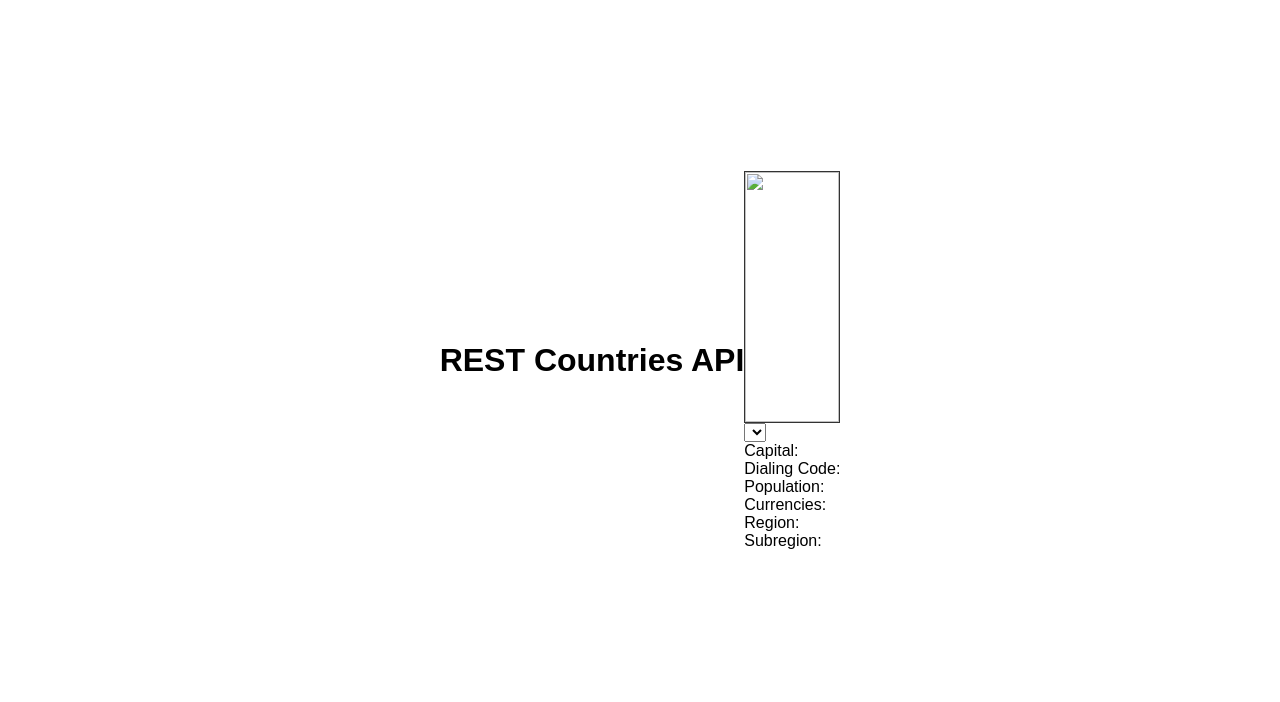
Repository: KhoaTran204/Rest-countries-api-app
Page: index.html
These files come from the project's save history. The page is drawn as it stood at one moment and after the next save; the edit follows.
The browser window is 1280 px wide. The pictures show the whole page.
The page's requests for data from a server got no answer.

Above is the page before, as saved 2024-04-14 08:30:25.

### index.html
<!DOCTYPE html>
<html lang="en">
  <head>
    <meta charset="UTF-8" />
    <meta name="viewport" content="width=device-width, initial-scale=1.0" />
    <link rel="stylesheet" href="style.css" />
    <title>Rest Countries API</title>
  </head>
  <body>
    <h1>REST Countries API</h1>
    <div id="main-container">
      <div id="flag-container">
        <img src="" alt="" />
      </div>
      <div id="info-container">
        <select id="countries"></select>
        <p>Capital: <span id="capital"></span></p>
        <p>Dialing Code: <span id="dialing-code"></span></p>
        <p>Population: <span id="population"></span></p>
        <p>Currencies: <span id="currencies"></span></p>
        <p>Region: <span id="region"></span></p>
        <p>Subregion: <span id="subregion"></span></p>
      </div>
    </div>
    <script src="app.js"></script>
  </body>
</html>

### style.css
* {
  margin: 0;
  padding: 0;
  box-sizing: border-box;
}

body {
  font-family: sans-serif;
  height: 100vh;
  display: flex;
  justify-content: center;
  align-items: center;
  /* background-color: to top, rgba(0, 0, 0, 0.7), rgba(0, 0, 0, 0.1); */
  background: linear-gradient(
    to top rgba(0, 0, 0, 0.7),
    rgba(0, 0, 0, 0.1) /* url(anh/bando.jpg) no-repeat center/cover */
  );
}

#flag-container {
  height: 252px;
  background-color: #fff;
  border: 1px solid #333;
}

#flag-container img {
  display: block;
  width: 100%;
  height: 100%;
}

### app.js
const countrieslist = document.getElementById("countries");
let countries;

countrieslist.addEventListener("change", (event) =>
  displayCountryInfo(event.target.value)
);

// fetch("https://restcountries.com/v2/all")
//   .then(function (res) {
//     console.log(res);
//     return res.json();
//   })
//   .then(function (data) {
//     console.log(data);
//     initialize(data);
//   })
//   .catch(function (err) {
//     console.log("Lỗi: ", err);
//   });
fetch("https://restcountries.com/v2/all").then((res) => {
  res
    .json()
    .then((data) => initialize(data))
    .catch((err) => console.log("Lỗi: ", err));
});
function initialize(countriesData) {
  countries = countriesData;
  let options = "";
  //   for (let i = 0; i < countries.length; i++) {
  //     options += `<option value="${countries[i].alpha3Code}">${countries[i].name}</option>`;
  //   }
  countries.forEach(
    (country) =>
      (options += `<option value="${country.alpha3Code}">${country.name}</option>`)
  );
  //   document.getElementById("countries").innerHTML = options;
  //   document.querySelector("countries").innerHTML = options;
  countrieslist.innerHTML = options;
  countrieslist.selectedIndex = Math.floor(
    Math.random() * countrieslist.length
  );
  displayCountryInfo(countrieslist[countrieslist.selectedIndex].value);
}

function displayCountryInfo(countryByAlpha3Code) {
  const countryData = countries.find(
    (country) => country.alpha3Code === countryByAlpha3Code
  );
  console.log(countryData);
  document.querySelector("#flag-container img").src = countryData.flag;
  document.querySelector(
    "#flag-container img"
  ).alt = `Flag of ${countryData.name}`;
  document.getElementById("capital").innerHTML = countryData.capital;
  document.getElementById(
    "dialing-code"
  ).innerHTML = `+ ${countryData.callingCodes[0]}`;
  document.getElementById("population").innerHTML =
    countryData.population.toLocaleString("en-US");
  document.getElementById("currencies").innerHTML = countryData.currencies
    .filter((c) => c.name)
    .map((c) => `${c.name} (${c.code})`)
    .join(", ");
  document.getElementById("region").innerHTML = countryData.region;
  document.getElementById("subregion").innerHTML = countryData.subregion;
}

After the next save:
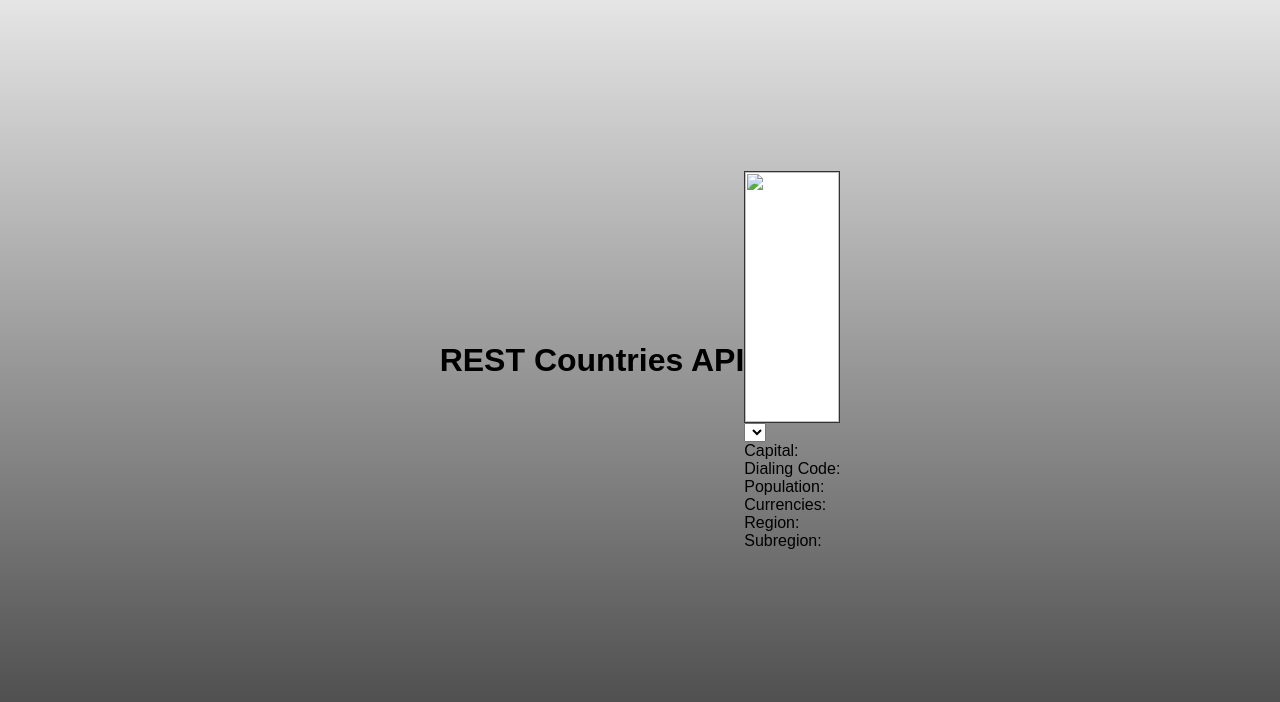
Saved 12 s later.
--- a/style.css
+++ b/style.css
@@ -12,7 +12,8 @@
   align-items: center;
   /* background-color: to top, rgba(0, 0, 0, 0.7), rgba(0, 0, 0, 0.1); */
   background: linear-gradient(
-    to top rgba(0, 0, 0, 0.7),
+    to top,
+    rgba(0, 0, 0, 0.7),
     rgba(0, 0, 0, 0.1) /* url(anh/bando.jpg) no-repeat center/cover */
   );
 }

After the save that followed:
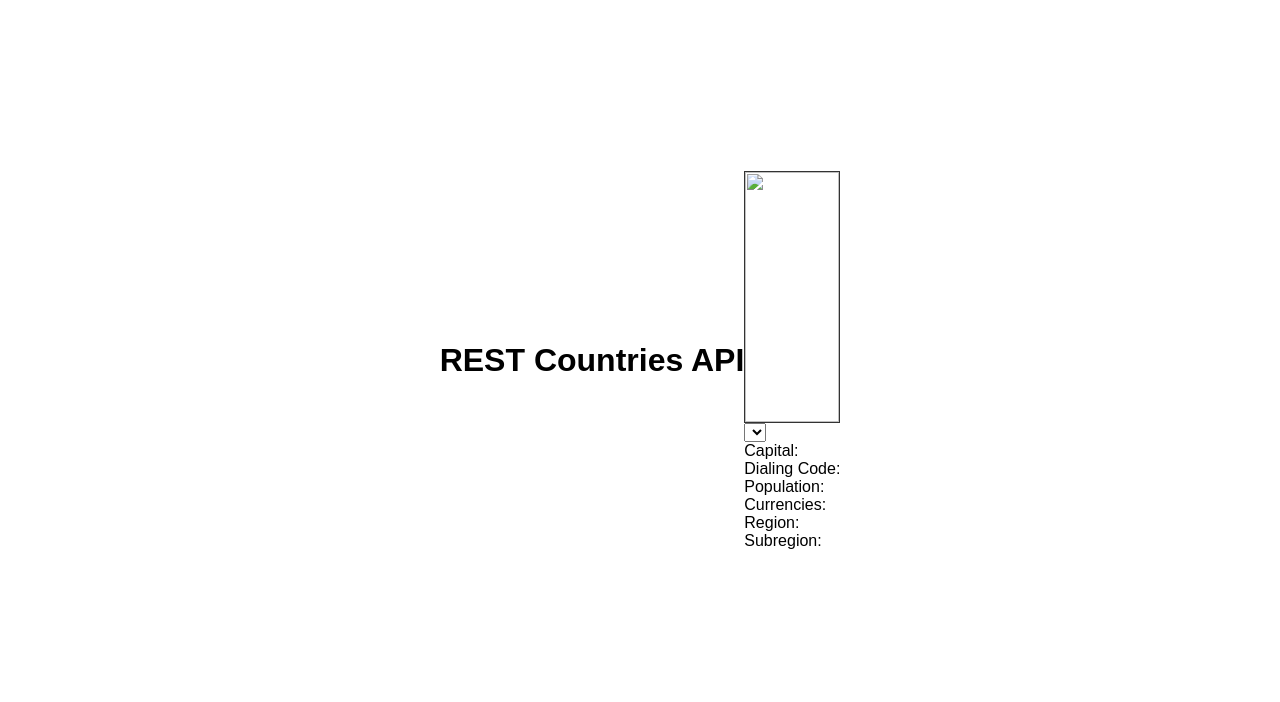
Saved 19 s later.
--- a/style.css
+++ b/style.css
@@ -14,7 +14,8 @@
   background: linear-gradient(
     to top,
     rgba(0, 0, 0, 0.7),
-    rgba(0, 0, 0, 0.1) /* url(anh/bando.jpg) no-repeat center/cover */
+    rgba(0, 0, 0, 0.1),
+    url(anh/bando.jpg) no-repeat center/cover
   );
 }
 
